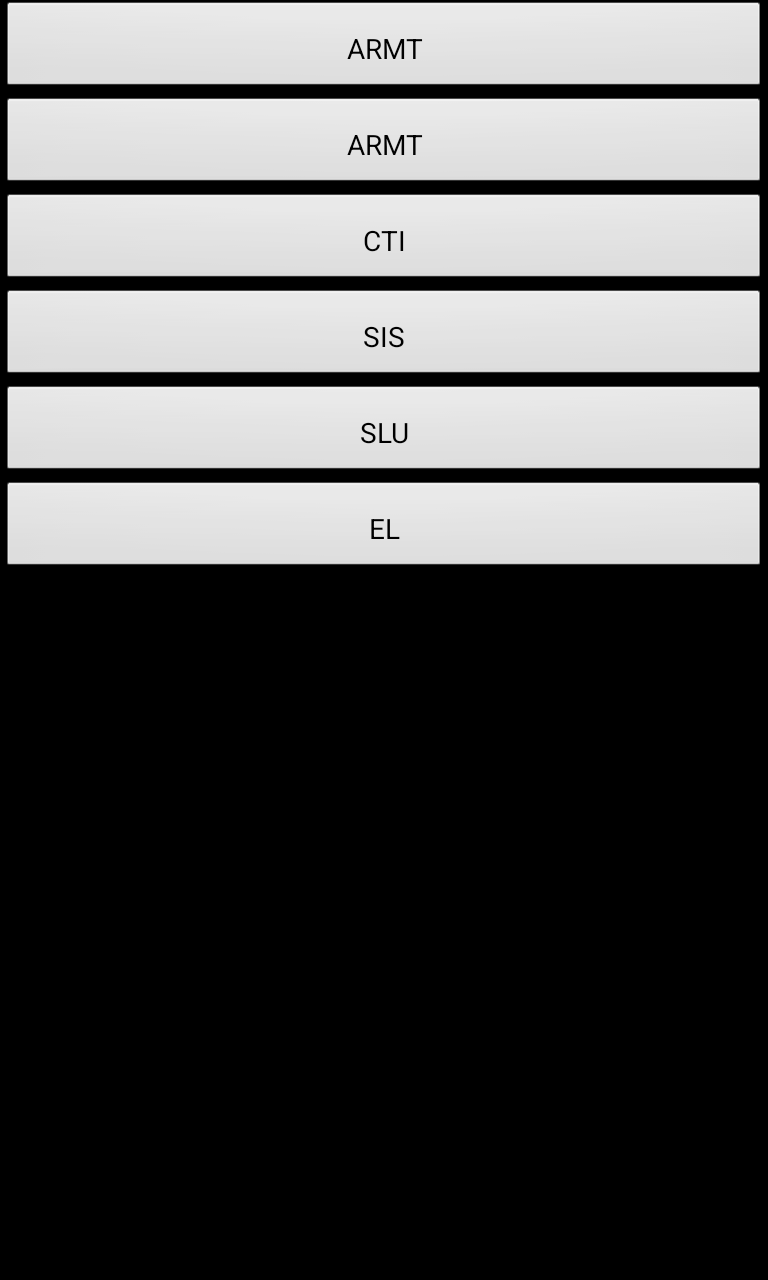
Repository: sergioenriquez/CSTE
Layout: HNAD/res/layout/devcmdtab.xml
The author's editor kept a copy of each file at every save. The layout is drawn from the files as they stood at one save, then again after a run of saves.
It is drawn on a 768 x 1280 px phone screen (xhdpi) without system bars, with theme android:Theme.NoTitleBar; the app's code is not run.

Above is the layout before, as saved 2011-12-19 06:50:58.

After the next 2 saves:
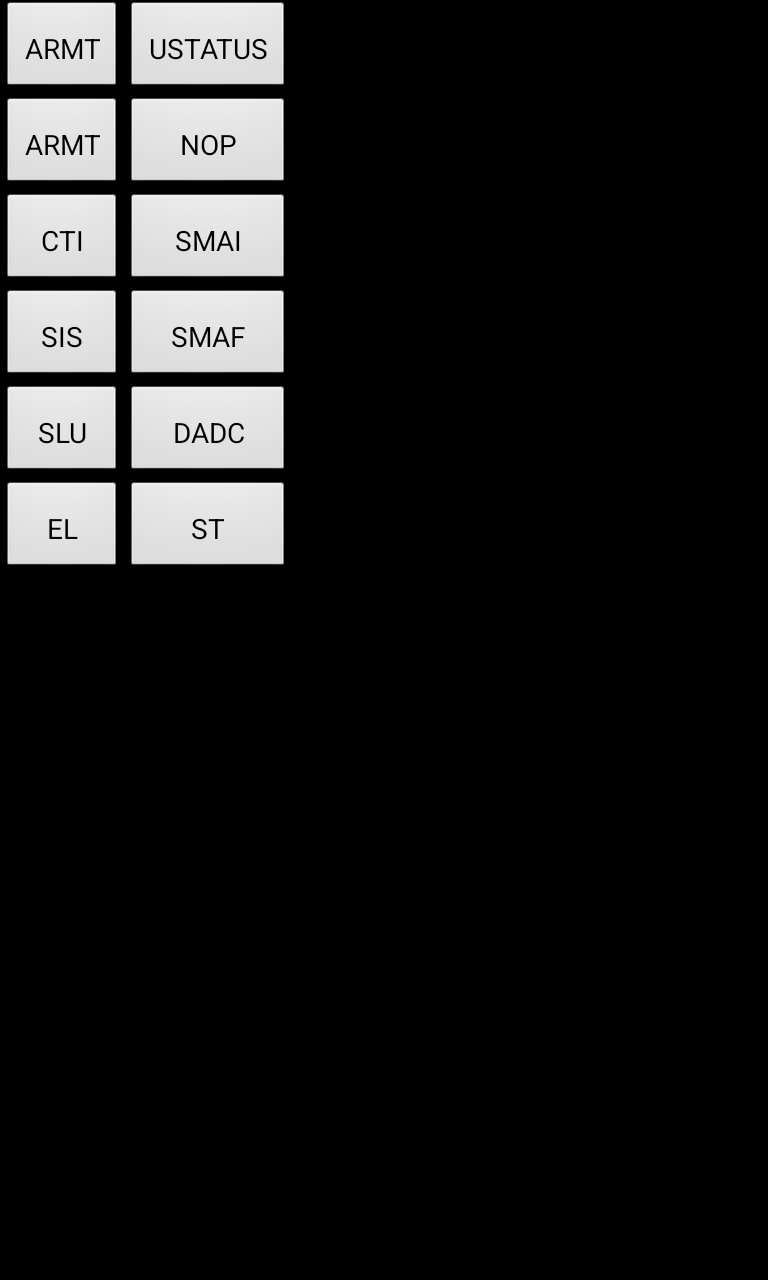
The 2 saves are shown as one change because they came seconds apart.
The last was saved 16 s later.
--- a/HNAD/res/layout/devcmdtab.xml
+++ b/HNAD/res/layout/devcmdtab.xml
@@ -4,7 +4,7 @@
     android:layout_height="match_parent"
     android:orientation="horizontal" >
     <LinearLayout xmlns:android="http://schemas.android.com/apk/res/android"
-	    android:layout_width="match_parent"
+	    android:layout_width="wrap_content"
 	    android:layout_height="match_parent"
 	    android:orientation="vertical" >
 	    <Button
@@ -52,7 +52,7 @@
 
     </LinearLayout>
 	<LinearLayout xmlns:android="http://schemas.android.com/apk/res/android"
-	    android:layout_width="match_parent"
+	    android:layout_width="wrap_content"
 	    android:layout_height="match_parent"
 	    android:orientation="vertical" >
 
